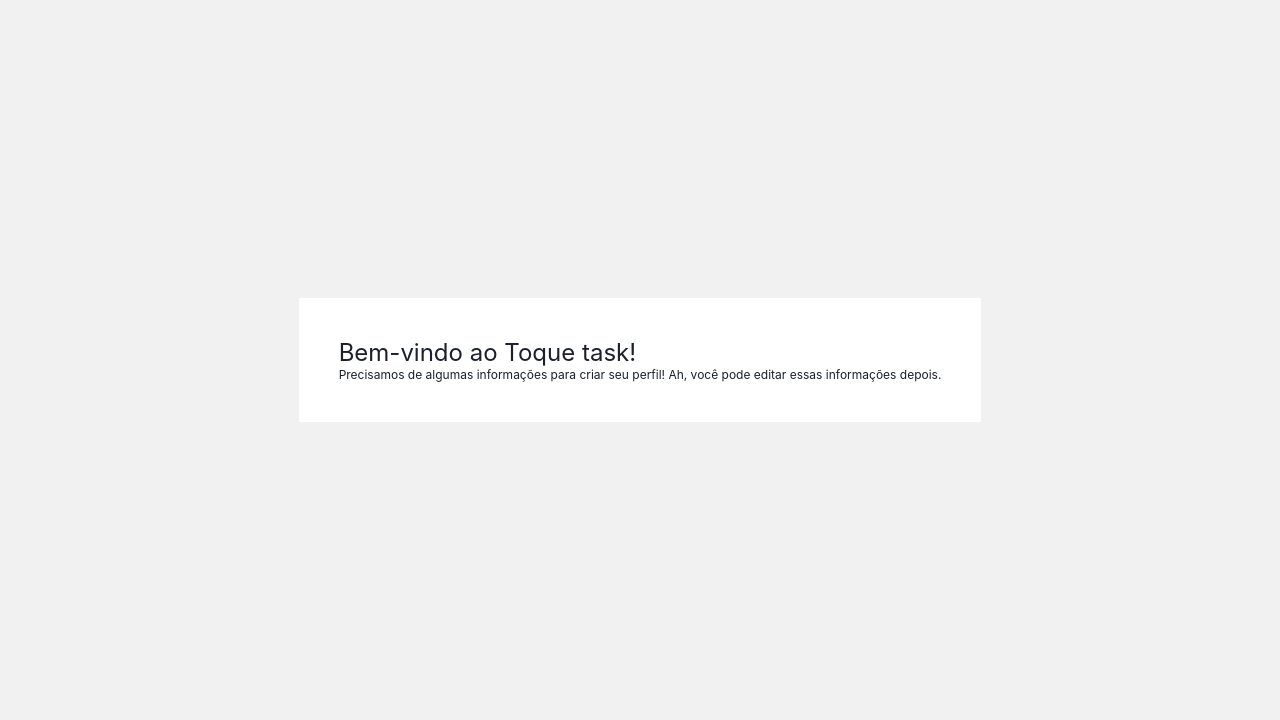
Repository: jorgelucasjs/chakra-ui-doc
Page: /
The author's editor kept a copy of each file at every save. The page is drawn from the files as they stood at one save, then again after the next save.
The browser window is 1280 px wide. The pictures show the whole page.
The project was rebuilt for these pictures with package versions that can differ from the ones it lists, and the page was loaded fresh each time.

Above is the page before, as saved 2023-01-06 14:05:47.

### public/index.html
<!DOCTYPE html>
<html lang="en">
  <head>
    <meta charset="utf-8" />
   <!--  <link rel="icon" href="%PUBLIC_URL%/logo.jpg" /> -->
    <meta name="viewport" content="width=device-width, initial-scale=1" />
    <meta name="theme-color" content="#000000" />
    <meta
      name="description"
      content="Web site created using create-react-app"
    />
    <!-- <link rel="apple-touch-icon" href="%PUBLIC_URL%/logo.jpg" /> -->
    <!--
      manifest.json provides metadata used when your web app is installed on a
      user's mobile device or desktop. See https://developers.google.com/web/fundamentals/web-app-manifest/
    -->
    <link rel="manifest" href="%PUBLIC_URL%/manifest.json" />
    <!--
      Notice the use of %PUBLIC_URL% in the tags above.
      It will be replaced with the URL of the `public` folder during the build.
      Only files inside the `public` folder can be referenced from the HTML.

      Unlike "/favicon.ico" or "favicon.ico", "%PUBLIC_URL%/favicon.ico" will
      work correctly both with client-side routing and a non-root public URL.
      Learn how to configure a non-root public URL by running `npm run build`.
    -->
    <title>Chackra ui</title>
  </head>
  <body>
    <noscript>You need to enable JavaScript to run this app.</noscript>
    <div id="root"></div>
    <!--
      This HTML file is a template.
      If you open it directly in the browser, you will see an empty page.

      You can add webfonts, meta tags, or analytics to this file.
      The build step will place the bundled scripts into the <body> tag.

      To begin the development, run `npm start` or `yarn start`.
      To create a production bundle, use `npm run build` or `yarn build`.
    -->
  </body>
</html>

### src/index.tsx
import React from 'react';
import ReactDOM from 'react-dom/client';
import App from './App';
import reportWebVitals from './reportWebVitals';

const root = ReactDOM.createRoot(
  document.getElementById('root') as HTMLElement
);


root.render(

	<React.StrictMode>
		<App />
	</React.StrictMode>

);

reportWebVitals();

### src/App.tsx
import * as React from 'react';
import PagesRouter from './routes';
import { extendTheme, ChakraProvider, ColorModeScript } from '@chakra-ui/react';
import theme from './theme/theme';

export default function App(): JSX.Element {

	return (
		<ChakraProvider theme={theme}>
			<ColorModeScript initialColorMode={theme.config.initialColorMode} />
			<PagesRouter />
		</ChakraProvider>
	);
}

### src/routes/index.tsx
import React from 'react';
import { BrowserRouter, Route, Routes } from 'react-router-dom';
import Home from '../pages';
import GlobalStyle from './../style/Global';
export default function PagesRouter(): JSX.Element {
	return (

		<BrowserRouter>
			<GlobalStyle />

			<Routes>

				<Route
					path='/'
					element={<Home />}
				/>
			</Routes>
		</BrowserRouter>

	);
}

### src/theme/theme.ts
import { extendTheme, ThemeConfig } from '@chakra-ui/react';

const config: ThemeConfig = {
	initialColorMode: 'light',
	useSystemColorMode: false,
};

const colors = {
	brand: {
		900: '#1a365d',
		800: '#153e75',
		700: '#2a69ac',
	},
};

const theme = extendTheme({ config, colors });

export default theme;

### src/pages/index.tsx
import React from 'react';
import { Box, Container, Text, Flex, Grid, Button, SimpleGrid, Wrap, WrapItem, VStack, Center } from '@chakra-ui/react';


export default function index(): JSX.Element {

	return (
		<Flex justify={'center'} align='center' bg={'#F1F1F1'} height='100vh'>
			<Box bg='#fff' p={10}>
				<Text fontSize='2xl'>Bem-vindo ao Toque task!</Text>
				<Text fontSize='xs'>Precisamos de algumas informações para criar seu perfil! Ah,
					você pode editar essas informações depois.</Text>
			</Box>
		</Flex>
	);
}

### src/style/Global.ts
import { createGlobalStyle } from 'styled-components';

export default createGlobalStyle`
  * {
	  margin: 0;
	  padding: 0;
	  box-sizing: border-box;
	}

  body {
	  width: 100vw;
	  background:#fefefe;
  }

  body,
  input,
  textarea,
  button {
	font: 400 1rem Inter, sans-serif;
  }

  h1 {
	font-size: 2.5rem;
	font: 700;
	font-family: 'Work Sans', sans-serif;
  }

  h2 {
	font-size: 1.5rem;
  }

  button {
	cursor: pointer;
  }

  h1,
  h2,
  h3,
  h4,
  h5,
  h6 {
	font-weight: 600;
	font-family: Lexend, sans-serif;
  }

  input {
	outline: none;
  }
  a{
	text-decoration:none;
	color:#fff;
  }
  .modalContent,
  .secondModal {
	>img {
	  width: 15rem;
	  margin: 15px auto;
	  display: flex;
	  justify-content: center;
	  align-self: center;
	}
	> form {
	  margin: 20px 0;
	  width: 100%;
	  text-align: center;

	> label {
	  display: flex;
	  align-items: flex-start;
	  margin: 15px 0;
	  color: #1c1c1c;
	}

	>button {
	  margin-top: 25px;
	}
  }
}


.secondModal {
  >h1 {
	text-align: center;
	margin: 4rem 0 0 0;
  }

  >span {
	display: block;
	text-align: center;
	color: #1c1c1c;
	font-size: 15px;
	margin: 20px 0;
  }
}



`;

Loaded but not shown: src/reportWebVitals.ts (common file)

After the next save:
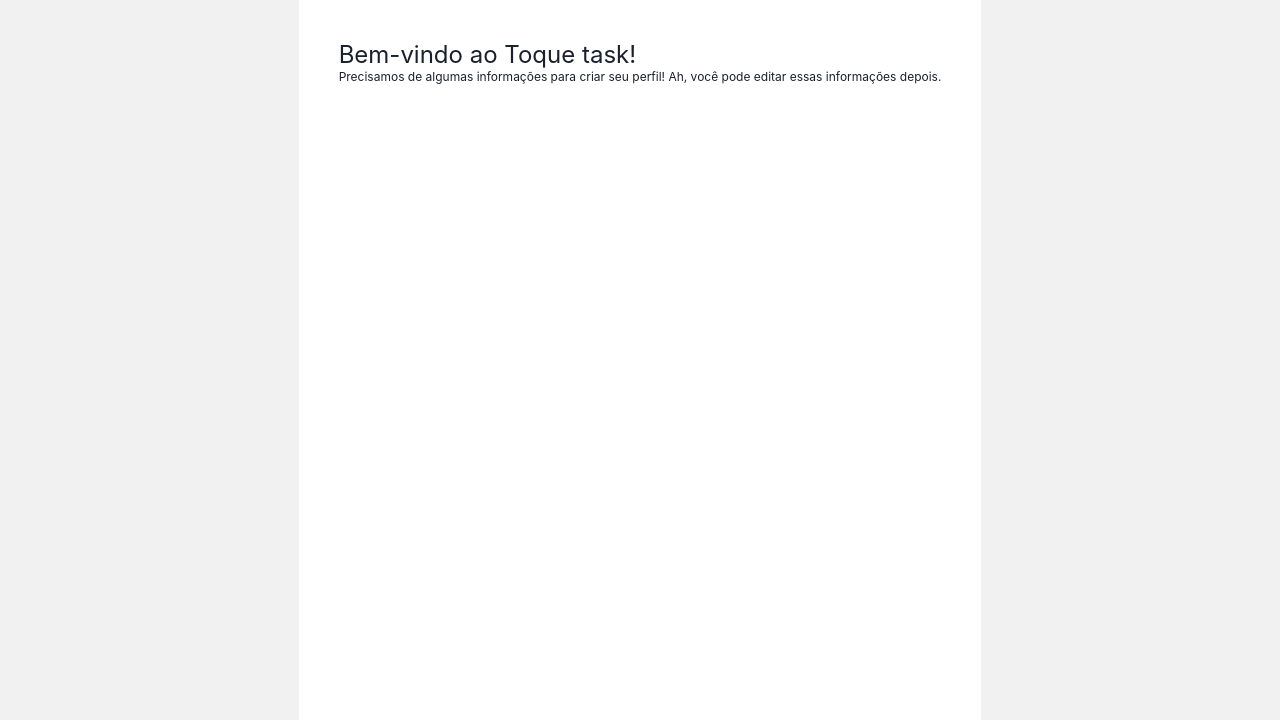
Saved 61 s later.
--- a/src/pages/index.tsx
+++ b/src/pages/index.tsx
@@ -5,7 +5,7 @@
 export default function index(): JSX.Element {
 
 	return (
-		<Flex justify={'center'} align='center' bg={'#F1F1F1'} height='100vh'>
+		<Flex justify={'center'} bg={'#F1F1F1'} height='100vh'>
 			<Box bg='#fff' p={10}>
 				<Text fontSize='2xl'>Bem-vindo ao Toque task!</Text>
 				<Text fontSize='xs'>Precisamos de algumas informações para criar seu perfil! Ah,
